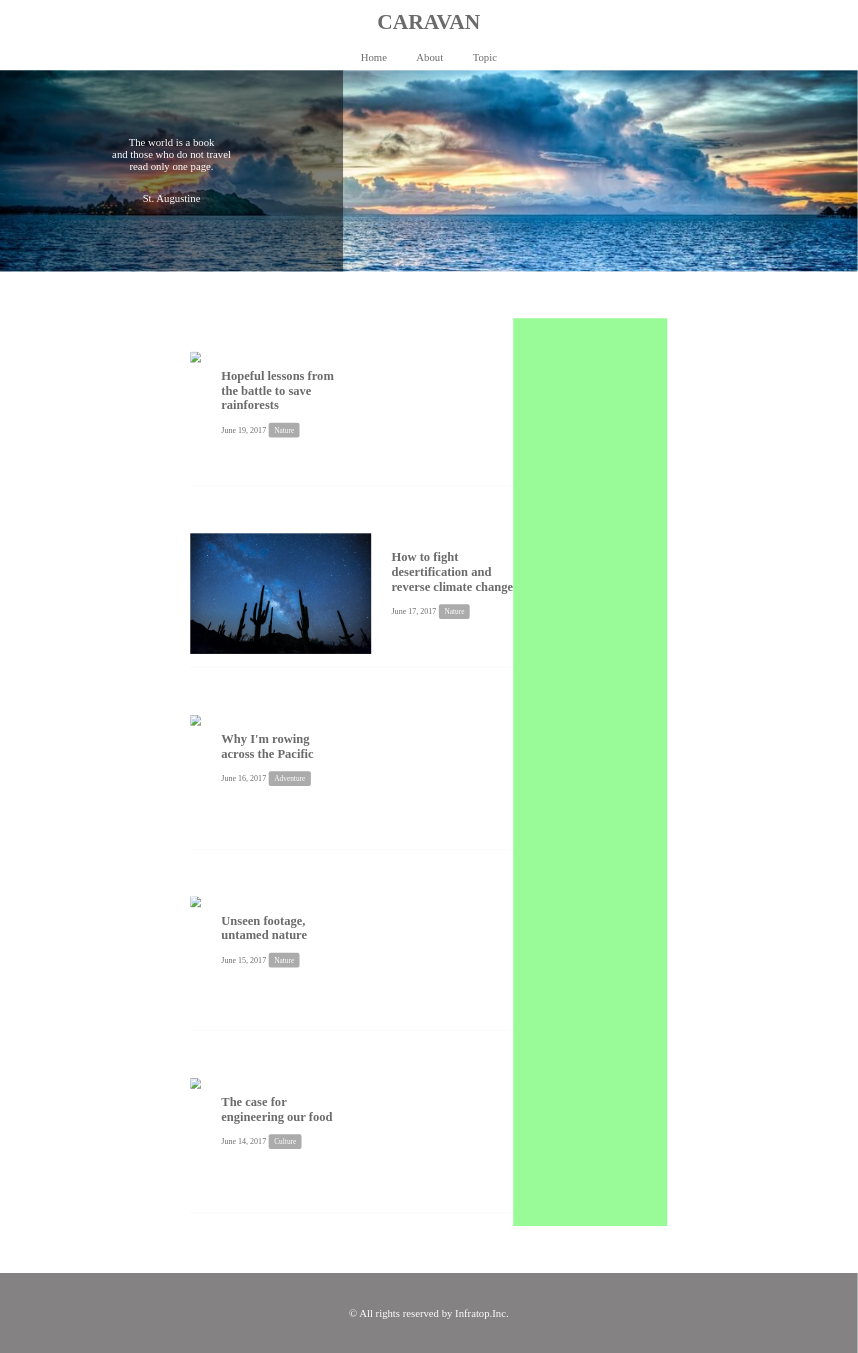
Repository: rascalNoShippo/git-practice
Page: caravan/index.html
The author's editor kept a record of every edit. The page is drawn from the files as they stood at one moment, then again after the next edit.
The browser window is 1280 px wide. The pictures show the whole page, at 67% of full size.

Above is the page before.
Not found: caravan/img/asia.jpg
Not found: caravan/img/forest.jpg
Not found: caravan/img/italy.jpg

After the next edit:
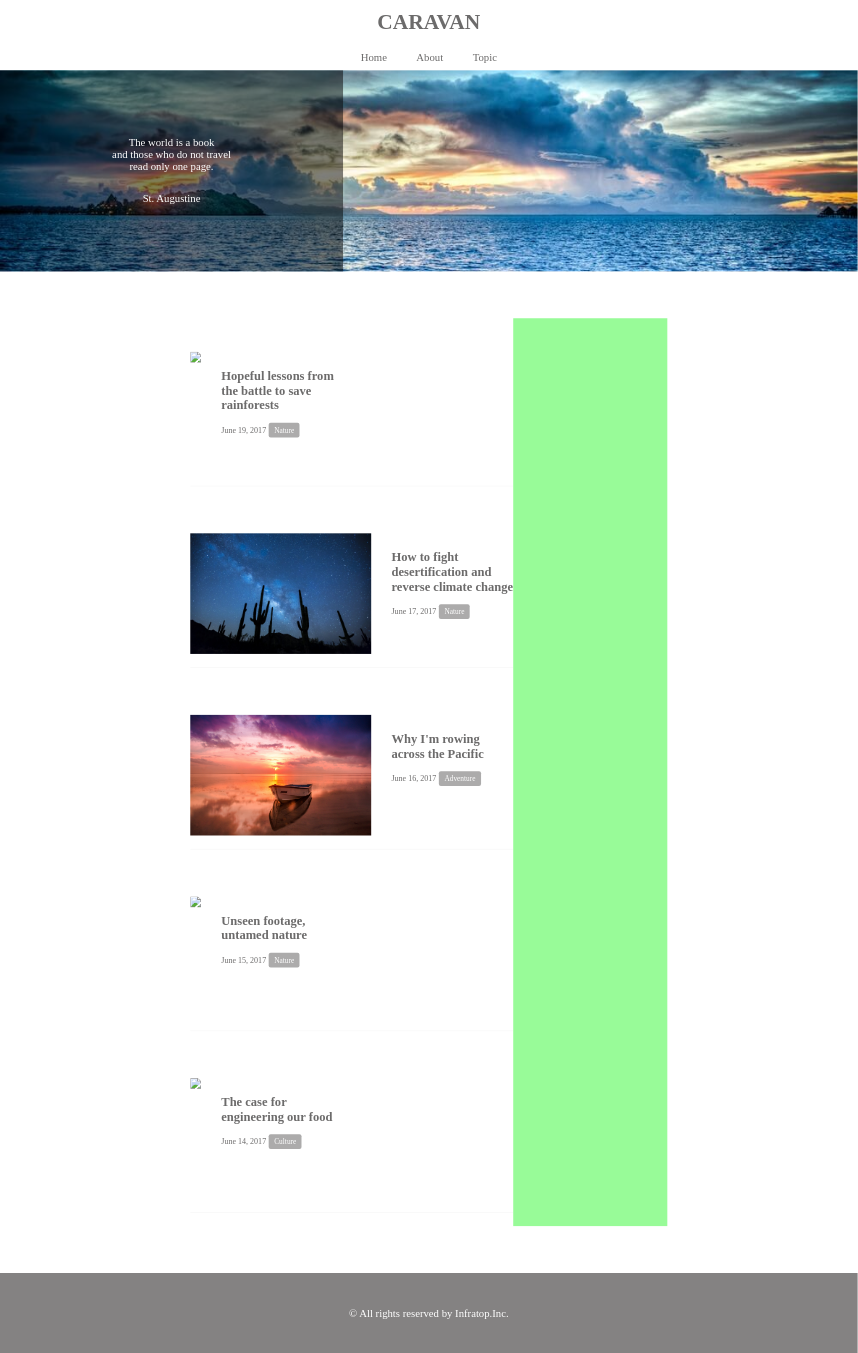
The edit:
--- a/caravan/index.html
+++ b/caravan/index.html
@@ -64,7 +64,7 @@
             </section>
           </div>
           <div class="blog-item">
-            <img class="blog-image" src="img/sunset.jpg" />
+            <img class="blog-image" src="image/sunset.jpg" />
             <section class="blog-text">
               <h3 class="blog-text-heading">
                 <a href="single.html">
